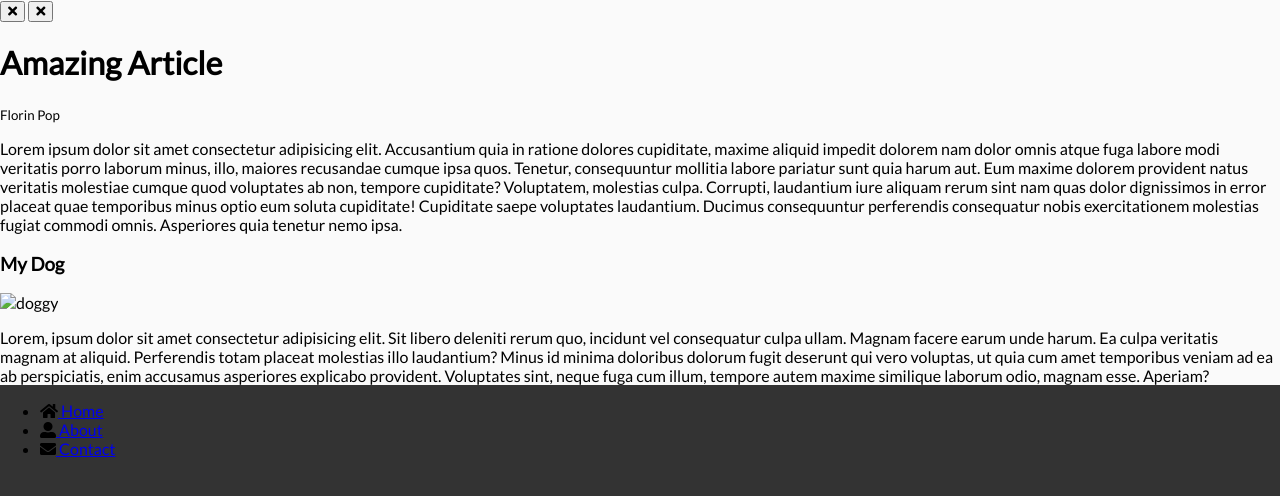
Repository: thecoachanna/rotating-navbar
Page: index.html
The author's editor kept a copy of each file at every save. The page is drawn from the files as they stood at one save, then again after the next save.
The browser window is 1280 px wide. The pictures show the whole page.
Some web libraries are served in a nearby version.

Above is the page before, as saved 2023-02-16 09:01:06.

After the next save:
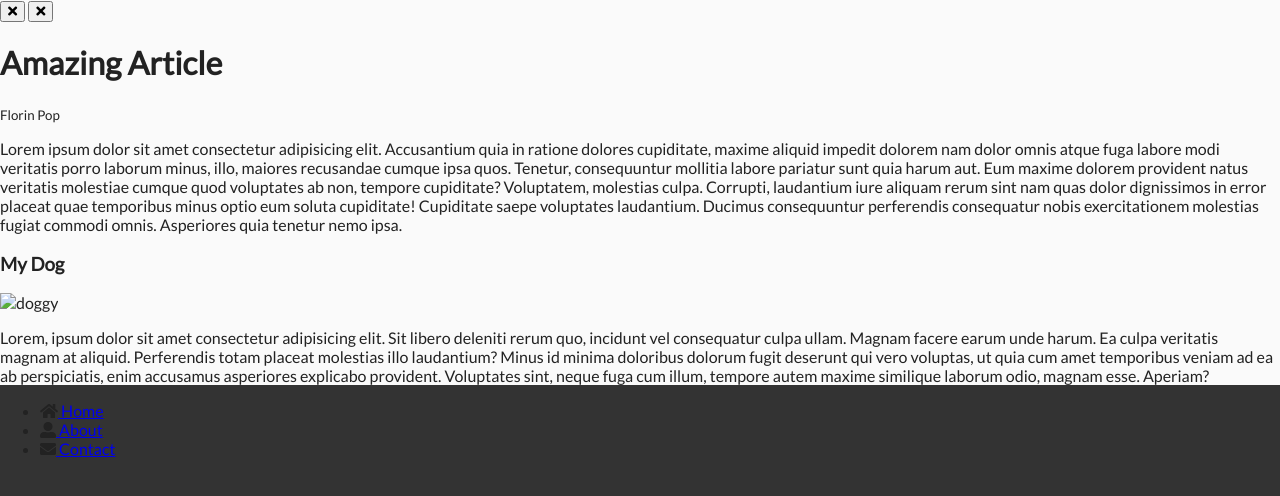
Saved 11 s later.
--- a/style.css
+++ b/style.css
@@ -8,7 +8,7 @@
 body {
     font-family: 'Lato', sans-serif;
     background-color: #333;
-    color: #222
+    color: #222;
     overflow-x: hidden;
     margin: 0;
 }
